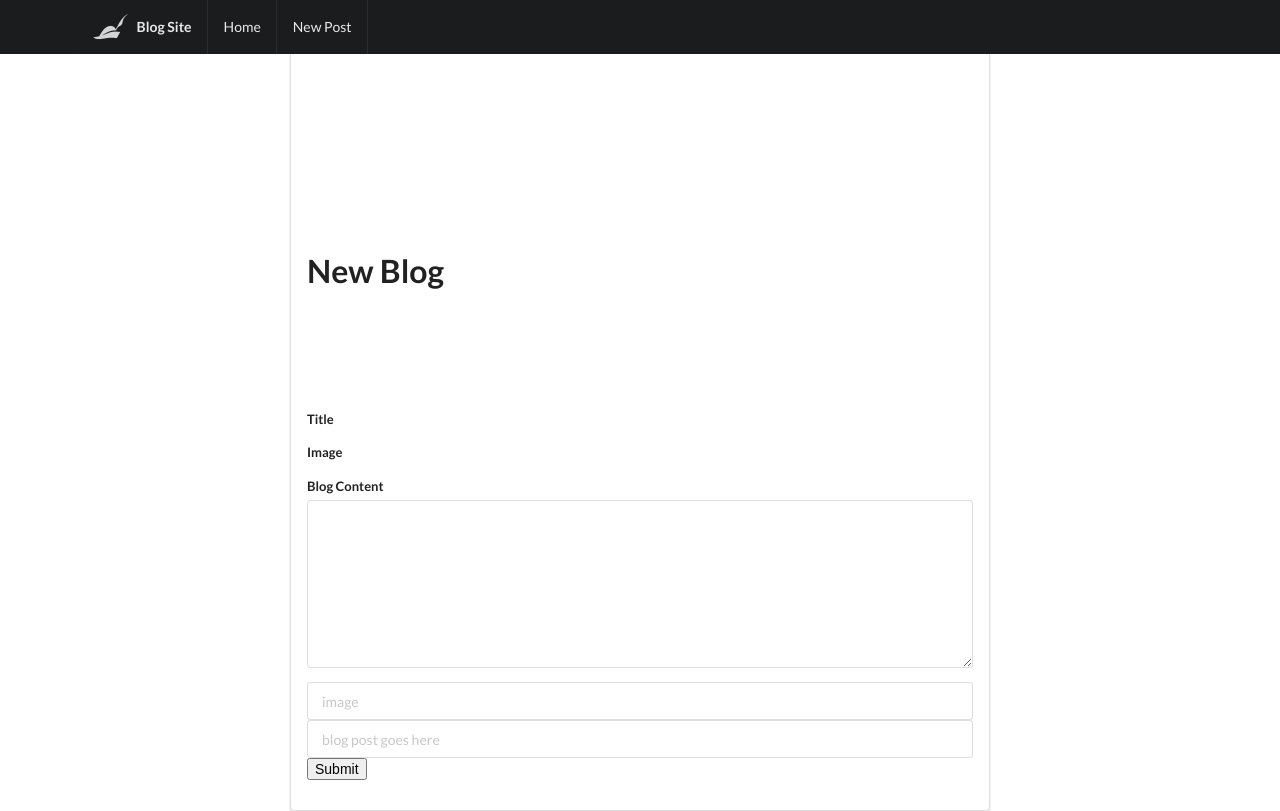
Repository: zella0/BlogApp
Page: http://localhost/blogs/new
The author's editor kept a record of every edit. The page is drawn from the files as they stood at one moment, then again after the next edit.
The browser window is 1280 px wide. The pictures show the whole page.
Some web libraries are served in a nearby version. The page is served by the project's Node server (RESTful_Routing/BlogApp/app.js).

Above is the page before.

### RESTful_Routing/BlogApp/views/new.ejs
<% include ./partials/header.ejs %>

<div class="ui main text container segment">
  <div class="ui huge header">New Blog</div>
  <form class = 'ui form' action = '/blogs' method = 'POST'>
    <div class = 'field'>
      <label>Title</label>
    </div>
     <div class = 'field'>
      <label>Image</label>
    </div>
     <div class = 'field'>
      <label>Blog Content</label>
      <textarea name = 'blog[body]'></textarea>
    </div>

    <input type = 'text' name = 'blog[image]' placeholder='image'>
    <input type = 'text' name = 'blog[body]' placeholder='blog post goes here'>
    <input type = 'submit'>
  </form>
</div>

<% include ./partials/footer.ejs %>

### RESTful_Routing/BlogApp/views/partials/header.ejs
<html>
    <head>
        <link href="https://cdnjs.cloudflare.com/ajax/libs/semantic-ui/2.2.13/semantic.min.css" rel="stylesheet" type="text/css">
        <link href="/stylesheets/style.css" rel="stylesheet" type="text/css">
        <title>Blog App</title>
    </head>
    <body>
        <div class = 'ui fixed inverted menu'>
            <div class = 'ui container'>
                <div class = 'header item'><i class = "Pied Piper icon"></i>Blog Site</div>
                <a class = 'item' href = '/'>Home</a>
                <a class = 'item' href = '/blogs/new'>New Post</a>
            </div>
        </div>

### RESTful_Routing/BlogApp/app.js
var express          = require('express');
var app              = express();
var bodyParser       = require('body-parser');
var mongoose         = require('mongoose');
var methodOverride   = require('method-override')
var expressSanitizer = require('express-sanitizer');

// APP CONFIG
mongoose.connect('mongodb://localhost/restful_blog_app', {useMongoClient: true});
app.use(express.static('public'));
app.use(bodyParser.urlencoded({extended: true}));
app.use(methodOverride('_method'));

// MONGOOSE/MODEL CONFIG
var blogSchema = new mongoose.Schema({
    title: String,
    image: String,
    body: String,
    created: {type:Date, default: Date.now}
});

var Blog = mongoose.model("Blog", blogSchema);


app.get('/', function(req, res){
    res.redirect('/blogs');
});

// INDEX ROUTE
app.get('/blogs', function(req, res){
    Blog.find(function(err, blogs){
        if(err){
            console.log(err);
            console.log("Error");
        } else {
            res.render('index.ejs', {blogs});
        }
    })
});

// NEW ROUTE
app.get('/blogs/new', function(req, res){
    res.render('new.ejs');
});

///CREATE ROUTE
app.post('/blogs', function(req, res){
    Blog.create(req.body.blog, function(err, newBlog){
        if(err){
            console.log(err);
        } else {
            res.redirect('/blogs');
        }
    })
});

app.get('/blogs/:id', function(req, res){
    Blog.findById(req.params.id, function(err, foundBlog){
        if(err){
            res.redirect('/blogs');
        } else {
            res.render('show.ejs', {foundBlog});
        }
    })
});

// EDIT ROUTE
app.get('/blogs/:id/edit', function (req, res){
    Blog.findById(req.params.id, function(err, editedBlog){
        if(err){
            res.redirect('/blogs');
        } else {
            res.render('edit.ejs', {editedBlog});
        }
    })
})

// UPDATE ROUTE  findByIAndUpdate(id, newdata, callback)
app.put('/blogs/:id', function (req, res){
    Blog.findByIdAndUpdate(req.params.id, req.body.blog, function(err, updatedBlog){
        if(err){
            res.redirect('/blogs');
        } else {
            res.redirect('/blogs/' + req.params.id);
        }
    })
})

// DELETE ROUTE
app.delete('/blogs/:id', function(req, res){
    Blog.findByIdAndRemove(req.params.id, function(err){
        if(err){
            res.redirect('blogs');
        } else {
            res.redirect('blogs');
        }
    })
})

app.listen(3000, function(){
    console.log("Server up!");
});

### RESTful_Routing/BlogApp/public/stylesheets/style.css
i.icon {
   font-size: 2em;
}

.container .ui {
    margin-top:20px;
    padding-top: 7em;
}

Loaded but not shown: RESTful_Routing/BlogApp/views/partials/footer.ejs (common file)

After the next edit:
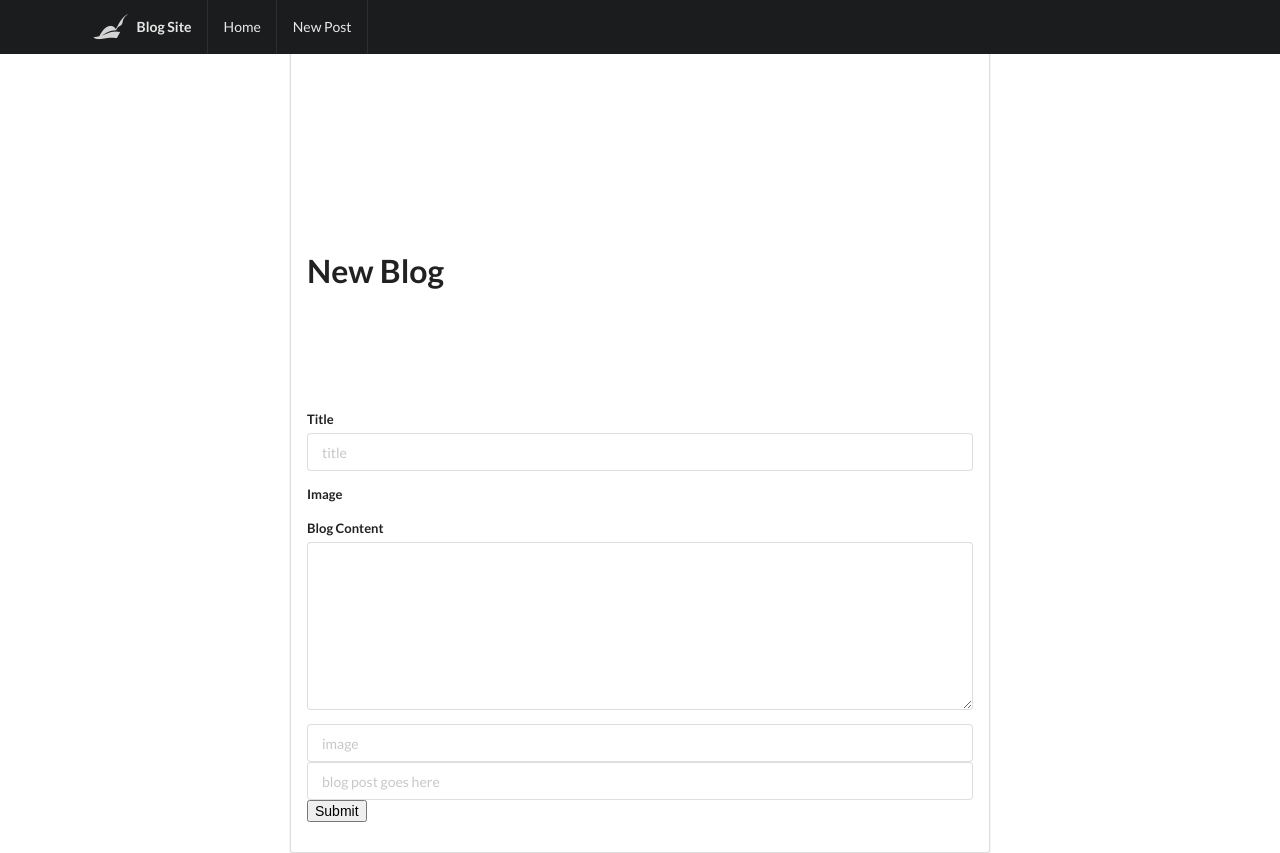
The edit:
--- a/RESTful_Routing/BlogApp/views/new.ejs
+++ b/RESTful_Routing/BlogApp/views/new.ejs
@@ -5,6 +5,7 @@
   <form class = 'ui form' action = '/blogs' method = 'POST'>
     <div class = 'field'>
       <label>Title</label>
+      <input type = 'text' name = 'blog[title]' placeholder='title'>
     </div>
      <div class = 'field'>
       <label>Image</label>
